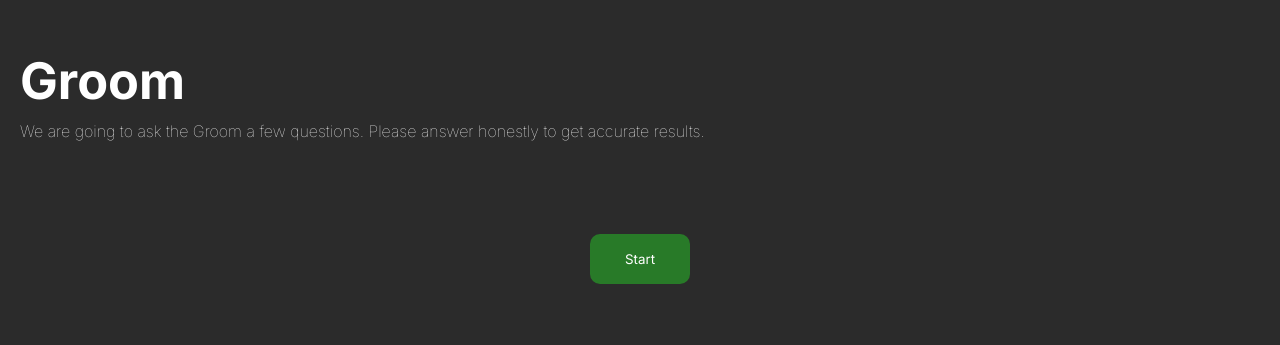
Repository: devhabeeblateef/tictactoe
Page: /
These files come from the project's save history. The page is drawn as it stood at one moment and after a run of saves; the edit follows.
The browser window is 1280 px wide. The pictures show the whole page.
The project was rebuilt for these pictures with package versions that can differ from the ones it lists, and the page was loaded fresh each time. Also part of the build but not shown: src/App.css, src/Myform.js.

Above is the page before, as saved 2022-06-17 02:20:23.

After the next 3 saves:
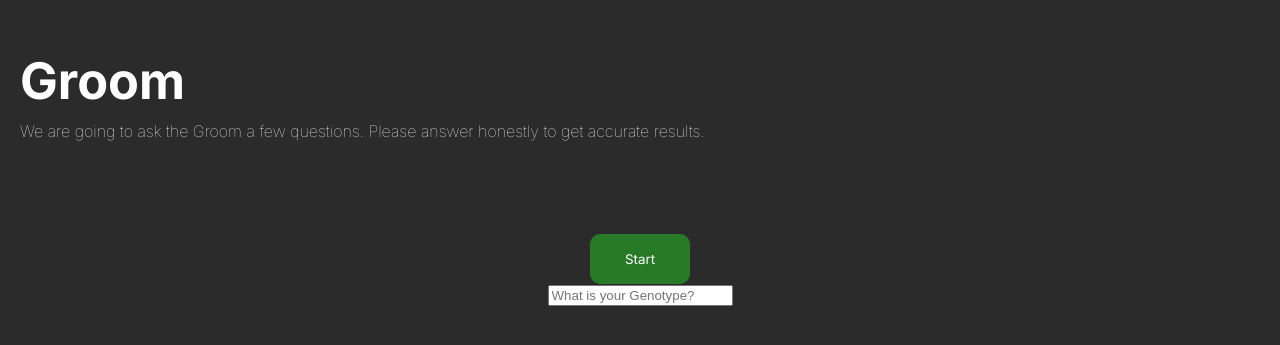
The 3 saves are shown as one change because 1 did not build or start and some came seconds apart.
The last was saved 20 s later.
--- a/src/Form.js
+++ b/src/Form.js
@@ -24,6 +24,7 @@ function Form() {
         {started ? <button onClick={start} className={classes.start}>
         Start</button> : ""}<br/>
 
+        <input placeholder={maleQuestions[0]}/>
         </center>
     </div>
   )
